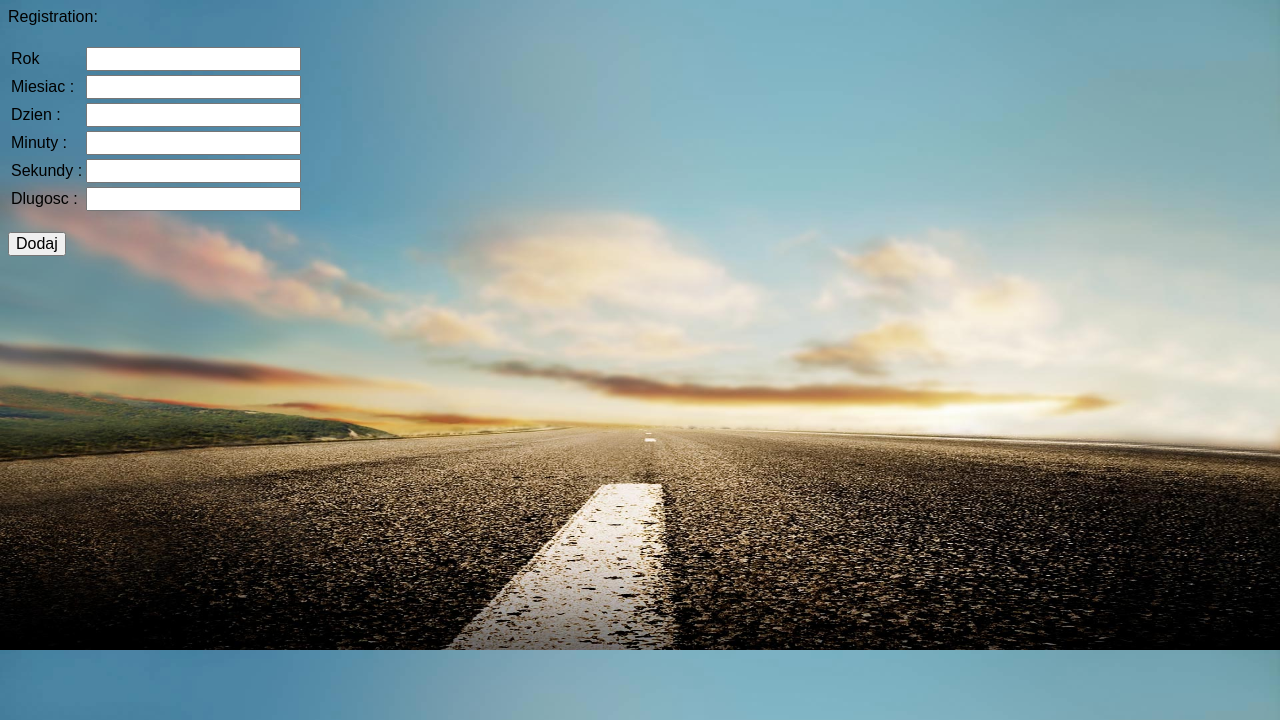
Repository: zlenyk/wrzucak
Page: Shop/WebContent/addEvent.html
An editor plug-in stored every save of this project. The page is shown before and after the next save, followed by the edit.
The browser window is 1280 px wide. The pictures show the whole page.

Above is the page before, as saved 2013-09-24 14:23:43.

### Shop/WebContent/addEvent.html
<!DOCTYPE html>
<html>
<head>
<meta charset="UTF-8">
<link rel='Stylesheet' type='text/css' href='style.css' />
<title>Insert title here</title>
</head>
<body class = "back">
  <form method="POST" action="http://localhost:8080/Shop/AddEvent">
    Registration:<br /><br />
    <div class="CSSTableGenerator" >
	    <table>
	    	<tr>
	    		<td>Rok</td> <td><input type="text" name="year" /></td>
	    	</tr>
	    	<tr>
	    		<td>Miesiac :</td> <td><input type="text" name="month" /></td>
	    	</tr>
	    	<tr>
	    		<td>Dzien :</td> <td><input type="text" name="day" /></td>
	    	</tr>
	    	<tr>
	    		<td>Minuty :</td> <td><input type="text" name="minutes" /></td>
	    	</tr>
	    	<tr>
	    		<td>Sekundy :</td> <td><input type="text" name="seconds" /></td>
	    	</tr>
	    	<tr>
	    		<td>Dlugosc :</td> <td><input type="text" name="length" /></td>
	    	</tr>
	    </table>
    </div>
    <br />
    <input type="submit" value="Dodaj" />
  </form>
</body>
</html>

### Shop/WebContent/style.css
@CHARSET "UTF-8";

html {
    font-family: sans-serif; /* 1 */
}

a {
    background: transparent;
}
a:active,
a:hover {
    outline: 0;
}
h1 {
    font-size: 2em;
    margin: 0.67em 0;
}

fieldset {
    border: 1px solid #c0c0c0;
    margin: 0 2px;
    padding: 0.35em 0.625em 0.75em;
}

button,
input,
select,
textarea {
    font-family: inherit; /* 1 */
    font-size: 100%; /* 2 */
    margin: 0; /* 3 */
}

.back {
	background-image:url("images/running_background.jpg");
	background-size:100% 650px;
}

ul, ul li {
	display: block;
	list-style: none;
	margin: 0;
	padding: 0;
}

ul {
	width: 150px;
	padding: 2px 2px 1px 2px;
	background-color: #9ce;
	border: 3px double #28e;
}

ul li {
	border-bottom: 1px solid #9ce;
}

ul a:link, ul a:visited {
	display: block;
	width: 126px;
	text-decoration: none;
	padding: 7px;
	font-weight: bold;
	background-color: #27c;
	color: #def;
	border-left: 10px solid #25b;
}

ul a:hover {
	width: 136px;
	background-color: #28e;
	color: #fff;
	border-left: 20px solid #26d;
}
.box
{
	font-size: 12px;
	margin: 45px;
	width: 480px;
	text-align: left;
	border-collapse: collapse;
}
.box th
{
	font-size: 13px;
	font-weight: normal;
	padding: 8px;
	background: #b9c9fe;
	border-top: 4px solid #aabcfe;
	border-bottom: 1px solid #fff;
	color: #039;
}
.box td
{
	padding: 8px;
	background: #e8edff;
	border-bottom: 1px solid #fff;
	color: #669;
	border-top: 1px solid transparent;
}
.box tr:hover td
{
	background: #d0dafd;
	color: #339;
}

After the next save:
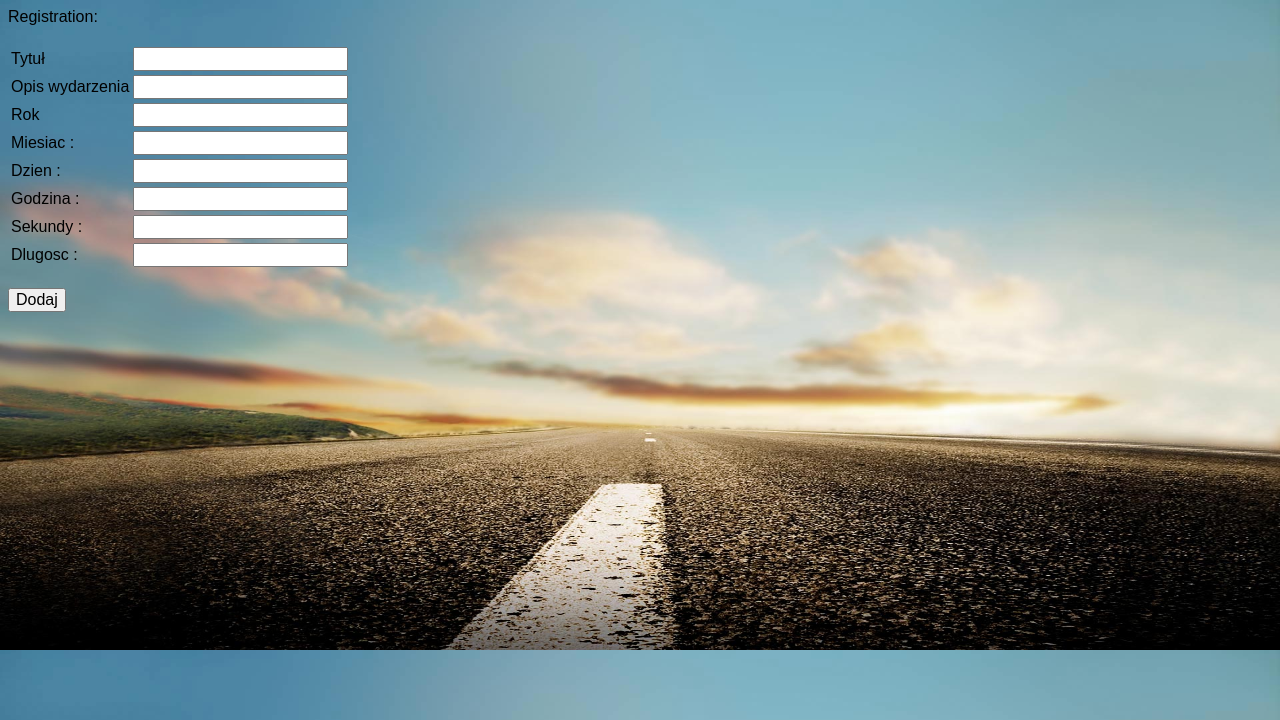
Saved 119 s later.
--- a/Shop/WebContent/addEvent.html
+++ b/Shop/WebContent/addEvent.html
@@ -11,6 +11,12 @@
     <div class="CSSTableGenerator" >
 	    <table>
 	    	<tr>
+	    		<td>Tytuł</td> <td><input type="text" name="title" /></td>
+	    	</tr>
+	    	<tr>
+	    		<td>Opis wydarzenia</td> <td><input type="text" name="desciption" /></td>
+	    	</tr>
+	    	<tr>
 	    		<td>Rok</td> <td><input type="text" name="year" /></td>
 	    	</tr>
 	    	<tr>
@@ -20,7 +26,7 @@
 	    		<td>Dzien :</td> <td><input type="text" name="day" /></td>
 	    	</tr>
 	    	<tr>
-	    		<td>Minuty :</td> <td><input type="text" name="minutes" /></td>
+	    		<td>Godzina :</td> <td><input type="text" name="hour" /></td>
 	    	</tr>
 	    	<tr>
 	    		<td>Sekundy :</td> <td><input type="text" name="seconds" /></td>
